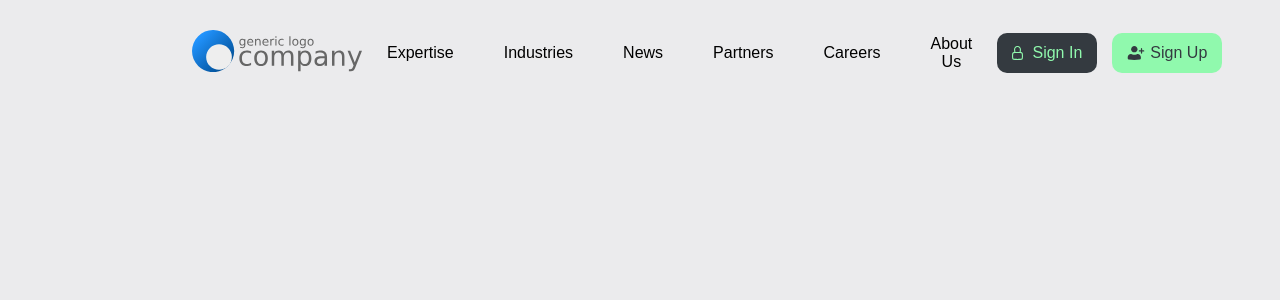
Repository: Andriy-Ma/widgetTask
Page: /
An editor plug-in stored every save of this project. The page is shown before and after the next save, followed by the edit.
The browser window is 1280 px wide. The pictures show the whole page.
Some web fonts or font styles are not loaded; a fallback is used. The project was rebuilt for these pictures with package versions that can differ from the ones it lists, and the page was loaded fresh each time.

Above is the page before, as saved 2022-08-29 17:23:28.

### public/index.html
<!DOCTYPE html>
<html lang="en">
  <head>
    <meta charset="utf-8" />
    <link rel="icon" href="%PUBLIC_URL%/favicon.ico" />
    <link rel="stylesheet" href="https://use.typekit.net/clw7fgu.css">
    <meta name="viewport" content="width=device-width, initial-scale=1" />
    <meta name="theme-color" content="#000000" />
    <meta
      name="description"
      content="Web site created using create-react-app"
    />
    <link rel="apple-touch-icon" href="%PUBLIC_URL%/logo192.png" />
    <!--
      manifest.json provides metadata used when your web app is installed on a
      user's mobile device or desktop. See https://developers.google.com/web/fundamentals/web-app-manifest/
    -->
    <link rel="manifest" href="%PUBLIC_URL%/manifest.json" />
    <!--
      Notice the use of %PUBLIC_URL% in the tags above.
      It will be replaced with the URL of the `public` folder during the build.
      Only files inside the `public` folder can be referenced from the HTML.

      Unlike "/favicon.ico" or "favicon.ico", "%PUBLIC_URL%/favicon.ico" will
      work correctly both with client-side routing and a non-root public URL.
      Learn how to configure a non-root public URL by running `npm run build`.
    -->
    <title>React App</title>
  </head>
  <body>
    <noscript>You need to enable JavaScript to run this app.</noscript>
    <div id="root"></div>
    <!--
      This HTML file is a template.
      If you open it directly in the browser, you will see an empty page.

      You can add webfonts, meta tags, or analytics to this file.
      The build step will place the bundled scripts into the <body> tag.

      To begin the development, run `npm start` or `yarn start`.
      To create a production bundle, use `npm run build` or `yarn build`.
    -->
  </body>
</html>

### src/index.css
* {
  box-sizing: border-box;
  margin: 0;
  padding: 0;
}
body {
  font-family: 'Poppins', sans-serif;
  background-color: #ebebed;
  -webkit-font-smoothing: antialiased;
  -moz-osx-font-smoothing: grayscale;
}

### src/App.js
import React from 'react';
import styles from './App.module.css';
import Header from './components/Header/header';

function App() {
  return (
    <div className={styles.container}>
      <Header/>
    </div>
  );
}

export default App;

### src/App.module.css
.container {
    display: block;
    align-items: center;
    justify-content: center;
    padding-left: 15%;
    padding-right: 15%;
}

### src/components/Header/header.jsx
import React from 'react';
import Icon from './logo-generic';
import {ReactComponent as Lock} from './lock.svg';
import {ReactComponent as SignUp} from './signup.svg';
import styles from './header.module.css';

function Header() {
  return (
    <div className={styles.header} id="myTopnav">
        <div className={styles.logo}>
          <a href="#home">
            <Icon/>
          </a>
        </div>
        <div className={styles.middleOfHeader}>
          <a href="#news">Expertise</a>
          <a href="#contact">Industries</a>
          <a href="#about">News</a>
          <a href="#news">Partners</a>
          <a href="#contact">Careers</a>
          <a href="#about">About Us</a>
        </div>
        <div className={styles.buttonsHeader}>
          <div className={styles.signin}>
            <Lock/>
            <p>Sign In</p>
          </div>
          <div className={styles.signup}>
            <SignUp/>
            <p>Sign Up</p>
          </div>
        </div>
    </div>
  )
}

export default Header;

### src/components/Header/logo-generic.jsx
import React from "react";

function Icon() {
  return (
    <svg
      xmlns="http://www.w3.org/2000/svg"
      version="1.1"
      viewBox="0 0 1425.8 353.74"
    >
      <defs>
        <linearGradient
          id="linearGradient5311"
          x1="-467.57"
          x2="-469.87"
          y1="-68.973"
          y2="488.43"
          gradientUnits="userSpaceOnUse"
        >
          <stop offset="0" stopColor="#2294fe"></stop>
          <stop offset="1" stopColor="#014f96"></stop>
        </linearGradient>
      </defs>
      <g transform="translate(364.43 8.482)">
        <g>
          <g fill="#666" transform="translate(-14.426 -21.336)">
            <path d="M145.49 192.37v19.095c-5.773-3.182-11.583-5.55-17.43-7.105a64.331 64.331 0 00-17.541-2.443c-13.248 0-23.536 4.22-30.863 12.657-7.327 8.363-10.991 20.13-10.991 35.304 0 15.172 3.663 26.977 10.991 35.415 7.327 8.363 17.615 12.545 30.863 12.545 5.92 0 11.768-.778 17.541-2.332 5.847-1.628 11.657-4.033 17.43-7.216v18.873a83.693 83.693 0 01-17.763 5.995c-6.07 1.332-12.545 1.998-19.428 1.998-18.725 0-33.601-5.884-44.629-17.652s-16.542-27.643-16.542-47.627c0-20.279 5.55-36.229 16.653-47.849 11.176-11.62 26.459-17.43 45.85-17.43 6.29 0 12.434.666 18.429 1.999a81.647 81.647 0 0117.43 5.772"></path>
            <path d="M228.98 201.92c-10.954 0-19.613 4.293-25.978 12.878-6.365 8.511-9.548 20.205-9.548 35.082 0 14.876 3.146 26.607 9.437 35.193 6.365 8.511 15.061 12.767 26.089 12.767 10.88 0 19.502-4.293 25.867-12.878 6.365-8.585 9.547-20.279 9.547-35.082 0-14.728-3.182-26.385-9.547-34.971-6.365-8.66-14.987-12.989-25.867-12.989m0-17.319c17.763 0 31.714 5.773 41.854 17.319s15.209 27.532 15.209 47.96c0 20.353-5.07 36.34-15.209 47.96-10.14 11.546-24.091 17.319-41.854 17.319-17.837 0-31.825-5.773-41.965-17.319-10.066-11.62-15.098-27.606-15.098-47.96 0-20.427 5.033-36.414 15.098-47.96 10.14-11.546 24.128-17.319 41.965-17.319"></path>
            <path d="M416.6 211.46c5.107-9.177 11.213-15.949 18.318-20.316 7.105-4.367 15.468-6.55 25.09-6.55 12.952 0 22.943 4.552 29.975 13.655 7.03 9.03 10.546 21.908 10.547 38.634v75.048h-20.538v-74.382c0-11.916-2.11-20.76-6.328-26.533-4.219-5.773-10.658-8.66-19.317-8.66-10.584 0-18.947 3.516-25.09 10.548-6.143 7.03-9.215 16.616-9.214 28.754v70.274h-20.538V237.55c0-11.99-2.11-20.834-6.328-26.533-4.22-5.773-10.732-8.66-19.54-8.66-10.435 0-18.724 3.553-24.867 10.658-6.143 7.031-9.215 16.58-9.215 28.643v70.274h-20.538v-124.34h20.538v19.317c4.663-7.623 10.251-13.248 16.764-16.875 6.513-3.626 14.247-5.44 23.203-5.44 9.03 0 16.69 2.295 22.981 6.883 6.365 4.59 11.065 11.25 14.099 19.983"></path>
            <path d="M560.7 293.28v65.945h-20.538v-171.63H560.7v18.873c4.293-7.401 9.695-12.878 16.209-16.431 6.587-3.627 14.432-5.44 23.536-5.44 15.098 0 27.347 5.995 36.747 17.985 9.473 11.99 14.21 27.755 14.21 47.294 0 19.54-4.737 35.304-14.21 47.294-9.4 11.99-21.649 17.985-36.747 17.985-9.104 0-16.949-1.776-23.536-5.329-6.513-3.626-11.916-9.14-16.209-16.542m69.497-43.408c0-15.024-3.109-26.792-9.326-35.304-6.143-8.585-14.617-12.878-25.423-12.878-10.806 0-19.317 4.293-25.534 12.878-6.143 8.512-9.214 20.28-9.214 35.304 0 15.024 3.071 26.83 9.214 35.415 6.217 8.512 14.728 12.767 25.534 12.767s19.28-4.255 25.423-12.767c6.217-8.585 9.326-20.39 9.326-35.415"></path>
            <path d="M741.77 249.43c-16.505 0-27.94 1.887-34.304 5.662-6.365 3.775-9.548 10.214-9.547 19.317 0 7.253 2.368 13.026 7.105 17.319 4.81 4.219 11.324 6.328 19.539 6.328 11.324 0 20.39-3.997 27.199-11.99 6.883-8.067 10.325-18.762 10.325-32.084v-4.552H741.77m40.744-8.437v70.94h-20.427V293.06c-4.663 7.549-10.473 13.137-17.43 16.764-6.958 3.552-15.47 5.329-25.534 5.329-12.73 0-22.87-3.553-30.42-10.658-7.475-7.18-11.212-16.764-11.212-28.754 0-13.988 4.662-24.535 13.988-31.64 9.4-7.106 23.388-10.658 41.965-10.658h28.643v-1.999c0-9.4-3.109-16.653-9.326-21.759-6.143-5.18-14.802-7.77-25.978-7.77-7.105 0-14.025.85-20.76 2.552-6.735 1.703-13.21 4.256-19.428 7.66v-18.872c7.475-2.887 14.728-5.033 21.76-6.44 7.03-1.48 13.876-2.22 20.537-2.22 17.985 0 31.418 4.663 40.3 13.988 8.88 9.326 13.321 23.462 13.321 42.41"></path>
            <path d="M928.5 236.89v75.048h-20.427v-74.382c0-11.768-2.295-20.575-6.883-26.422-4.589-5.847-11.472-8.77-20.65-8.77-11.027 0-19.723 3.515-26.088 10.547-6.365 7.03-9.548 16.616-9.548 28.754v70.274h-20.538v-124.34h20.538v19.317c4.885-7.476 10.621-13.063 17.208-16.764 6.661-3.7 14.321-5.551 22.981-5.551 14.284 0 25.09 4.44 32.417 13.322 7.327 8.807 10.991 21.797 10.991 38.967"></path>
            <path d="M1021.2 323.48c-5.773 14.802-11.398 24.461-16.875 28.976-5.477 4.515-12.804 6.772-21.981 6.772h-16.32v-17.097h11.99c5.625 0 9.992-1.332 13.1-3.996s6.55-8.956 10.325-18.873l3.664-9.326-50.291-122.34h21.648l38.856 97.252 38.856-97.252h21.648l-54.621 135.89"></path>
          </g>
          <g fill="#666" transform="translate(-416.34 -21.336)">
            <path d="M489.95 115.06c0-6.675-1.385-11.848-4.155-15.519-2.737-3.671-6.592-5.507-11.564-5.507-4.94 0-8.794 1.836-11.564 5.507-2.737 3.671-4.105 8.844-4.105 15.519 0 6.642 1.368 11.798 4.105 15.469 2.77 3.671 6.625 5.507 11.564 5.507 4.973 0 8.827-1.836 11.564-5.507 2.77-3.671 4.155-8.828 4.155-15.469m9.211 21.727c0 9.545-2.119 16.637-6.357 21.276-4.24 4.672-10.73 7.009-19.474 7.009-3.238 0-6.292-.25-9.162-.751a44.69 44.69 0 01-8.36-2.203v-8.961c2.703 1.468 5.373 2.553 8.01 3.254 2.636.7 5.323 1.051 8.06 1.051 6.04 0 10.563-1.585 13.567-4.756 3.004-3.137 4.505-7.893 4.505-14.268v-4.555c-1.902 3.304-4.338 5.774-7.309 7.409-2.97 1.635-6.524 2.453-10.663 2.453-6.875 0-12.415-2.62-16.62-7.86-4.206-5.24-6.308-12.182-6.308-20.826 0-8.677 2.102-15.636 6.307-20.876 4.206-5.24 9.746-7.86 16.621-7.86 4.139 0 7.693.818 10.663 2.454 2.97 1.635 5.407 4.105 7.31 7.409v-8.51h9.21v49.11"></path>
            <path d="M566.09 113.41v4.506h-42.352c.4 6.34 2.303 11.18 5.707 14.518 3.438 3.304 8.21 4.956 14.318 4.956 3.538 0 6.959-.434 10.263-1.302 3.337-.868 6.642-2.17 9.912-3.905v8.711a55.24 55.24 0 01-10.163 3.204 50.9 50.9 0 01-10.563 1.102c-8.944 0-16.037-2.604-21.276-7.81-5.206-5.207-7.81-12.248-7.81-21.126 0-9.178 2.47-16.454 7.41-21.827 4.973-5.407 11.664-8.11 20.075-8.11 7.542 0 13.5 2.436 17.872 7.309 4.405 4.84 6.608 11.43 6.608 19.774m-9.211-2.703c-.067-5.04-1.486-9.062-4.256-12.065-2.736-3.004-6.374-4.506-10.914-4.506-5.14 0-9.261 1.452-12.365 4.355-3.07 2.904-4.839 6.992-5.306 12.265l32.84-.05"></path>
            <path d="M627.62 109.9v33.842h-9.211v-33.541c0-5.306-1.035-9.278-3.104-11.915-2.07-2.636-5.173-3.955-9.312-3.955-4.973 0-8.894 1.585-11.765 4.756-2.87 3.17-4.305 7.493-4.305 12.966v31.689h-9.261V87.673h9.261v8.71c2.203-3.37 4.79-5.89 7.76-7.558 3.003-1.67 6.458-2.503 10.363-2.504 6.44 0 11.314 2.003 14.618 6.008 3.304 3.971 4.956 9.829 4.956 17.572"></path>
            <path d="M694.05 113.41v4.506h-42.352c.4 6.34 2.303 11.18 5.707 14.518 3.438 3.304 8.21 4.956 14.318 4.956 3.538 0 6.959-.434 10.263-1.302 3.337-.868 6.642-2.17 9.912-3.905v8.711a55.24 55.24 0 01-10.163 3.204 50.9 50.9 0 01-10.563 1.102c-8.944 0-16.037-2.604-21.276-7.81-5.206-5.207-7.81-12.248-7.81-21.126 0-9.178 2.47-16.454 7.41-21.827 4.973-5.407 11.664-8.11 20.075-8.11 7.543 0 13.5 2.436 17.872 7.309 4.405 4.84 6.608 11.43 6.608 19.774m-9.211-2.703c-.067-5.04-1.486-9.062-4.256-12.065-2.736-3.004-6.374-4.506-10.913-4.506-5.14 0-9.261 1.452-12.365 4.355-3.07 2.904-4.839 6.992-5.306 12.265l32.84-.05"></path>
            <path d="M741.46 96.286a11.624 11.624 0 00-3.404-1.302c-1.202-.3-2.537-.45-4.005-.45-5.207 0-9.212 1.702-12.015 5.106-2.77 3.371-4.155 8.227-4.155 14.568v29.537h-9.262V87.676h9.262v8.71c1.935-3.403 4.455-5.923 7.56-7.558 3.103-1.67 6.874-2.503 11.313-2.503.634 0 1.335.05 2.103.15.767.067 1.618.183 2.553.35l.05 9.462"></path>
            <path d="M751.22 87.676h9.211v56.069h-9.211V87.676m0-21.827h9.211v11.664h-9.211V65.849"></path>
            <path d="M820.01 89.828v8.61c-2.603-1.434-5.223-2.502-7.86-3.203a29.012 29.012 0 00-7.91-1.102c-5.974 0-10.613 1.903-13.917 5.707-3.304 3.772-4.956 9.078-4.956 15.92 0 6.842 1.652 12.165 4.957 15.97 3.304 3.772 7.943 5.657 13.917 5.657 2.67 0 5.306-.35 7.91-1.051 2.636-.734 5.256-1.819 7.859-3.254v8.51a37.736 37.736 0 01-8.01 2.704c-2.737.6-5.657.9-8.76.9-8.445 0-15.153-2.652-20.126-7.959-4.973-5.306-7.459-12.465-7.459-21.477 0-9.144 2.503-16.337 7.51-21.577 5.039-5.24 11.93-7.86 20.675-7.86 2.837 0 5.607.3 8.31.902a36.82 36.82 0 017.86 2.603"></path>
            <path d="M868.57 65.849h9.211v77.896h-9.211V65.849"></path>
            <path d="M918.73 94.134c-4.94 0-8.844 1.936-11.714 5.807-2.87 3.838-4.305 9.111-4.305 15.82s1.418 11.998 4.255 15.87c2.87 3.838 6.792 5.757 11.765 5.757 4.906 0 8.794-1.935 11.664-5.807 2.87-3.871 4.305-9.144 4.305-15.82 0-6.641-1.435-11.898-4.305-15.769-2.87-3.905-6.758-5.857-11.664-5.857m0-7.81c8.01 0 14.301 2.604 18.873 7.81 4.572 5.206 6.858 12.415 6.859 21.627 0 9.178-2.287 16.387-6.859 21.627-4.572 5.206-10.863 7.81-18.873 7.81-8.043 0-14.351-2.604-18.923-7.81-4.539-5.24-6.808-12.45-6.808-21.627 0-9.211 2.27-16.42 6.808-21.627 4.572-5.206 10.88-7.81 18.923-7.81"></path>
            <path d="M996.58 115.06c0-6.675-1.385-11.848-4.155-15.519-2.737-3.671-6.592-5.507-11.564-5.507-4.94 0-8.794 1.836-11.564 5.507-2.737 3.671-4.105 8.844-4.105 15.519 0 6.642 1.368 11.798 4.105 15.469 2.77 3.671 6.625 5.507 11.564 5.507 4.973 0 8.828-1.836 11.564-5.507 2.77-3.671 4.155-8.828 4.155-15.469m9.211 21.727c0 9.545-2.119 16.637-6.357 21.276-4.24 4.672-10.73 7.009-19.474 7.009-3.238 0-6.292-.25-9.162-.751a44.69 44.69 0 01-8.36-2.203v-8.961c2.703 1.468 5.373 2.553 8.01 3.254 2.636.7 5.323 1.051 8.06 1.051 6.04 0 10.563-1.585 13.567-4.756 3.003-3.137 4.505-7.893 4.505-14.268v-4.555c-1.902 3.304-4.338 5.774-7.309 7.409-2.97 1.635-6.524 2.453-10.663 2.453-6.875 0-12.415-2.62-16.62-7.86-4.206-5.24-6.308-12.182-6.308-20.826 0-8.677 2.102-15.636 6.307-20.876 4.206-5.24 9.746-7.86 16.621-7.86 4.139 0 7.693.818 10.663 2.454 2.97 1.635 5.407 4.105 7.31 7.409v-8.51h9.21v49.11"></path>
            <path d="M1046.5 94.134c-4.94 0-8.844 1.936-11.714 5.807-2.87 3.838-4.305 9.111-4.305 15.82s1.418 11.998 4.255 15.87c2.87 3.838 6.792 5.757 11.765 5.757 4.906 0 8.794-1.935 11.664-5.807 2.87-3.871 4.305-9.144 4.305-15.82 0-6.641-1.435-11.898-4.305-15.769-2.87-3.905-6.758-5.857-11.664-5.857m0-7.81c8.01 0 14.3 2.604 18.873 7.81 4.572 5.206 6.858 12.415 6.858 21.627 0 9.178-2.286 16.387-6.858 21.627-4.572 5.206-10.864 7.81-18.873 7.81-8.043 0-14.351-2.604-18.924-7.81-4.539-5.24-6.808-12.45-6.808-21.627 0-9.211 2.269-16.42 6.808-21.627 4.572-5.206 10.88-7.81 18.924-7.81"></path>
          </g>
          <g transform="rotate(-45 269.773 885.347) scale(.61927)">
            <path
              fill="url(#linearGradient5311)"
              d="M-184.26 202.82c0 157.74-127.87 285.61-285.61 285.61s-285.61-127.87-285.61-285.61S-627.61-82.79-469.87-82.79s285.61 127.87 285.61 285.61z"
              transform="translate(1202 -114.01)"
            ></path>
            <path
              fill="#eee"
              d="M-184.26 202.82c0 157.74-127.87 285.61-285.61 285.61s-285.61-127.87-285.61-285.61S-627.61-82.79-469.87-82.79s285.61 127.87 285.61 285.61z"
              transform="translate(1018.2 79.03) scale(.60887)"
            ></path>
          </g>
        </g>
      </g>
    </svg>
  );
}

export default Icon;

### src/components/Header/header.module.css
.logo {
    display: block;
    min-width: 170px;
}
.header {
    display: flex;
    justify-content: space-between;
    align-items: center;
    padding-top: 30px;
    min-width: 1000px;
}
.middleOfHeader {
    display: flex;
    justify-content: space-between;
    align-items: center;
    text-decoration: none;
}
.middleOfHeader a {
    display: block;
    color: black;
    text-align: center;
    padding: 0px 25px;
    text-decoration: none;
    font-size: 16px;

}
.buttonsHeader {
    display: flex;
    justify-content: space-between;
    align-items: center;
}
.signin {
    display: flex;
    justify-content: space-between;
    align-items: center;
    color: #90F9AD;
    background-color: #343A40;
    padding: 0px 15px;
    border-radius: 10px;
    width: 100px;
    height: 40px;
    margin-right: 15px;
}
.signup {
    display: flex;
    justify-content: space-between;
    align-items: center;
    color: #343A40;
    background-color: #90F9AD;
    padding: 0px 15px;
    border-radius: 10px;
    width: 110px;
    height: 40px;
}

Loaded but not shown: src/index.js (common file)

After the next save:
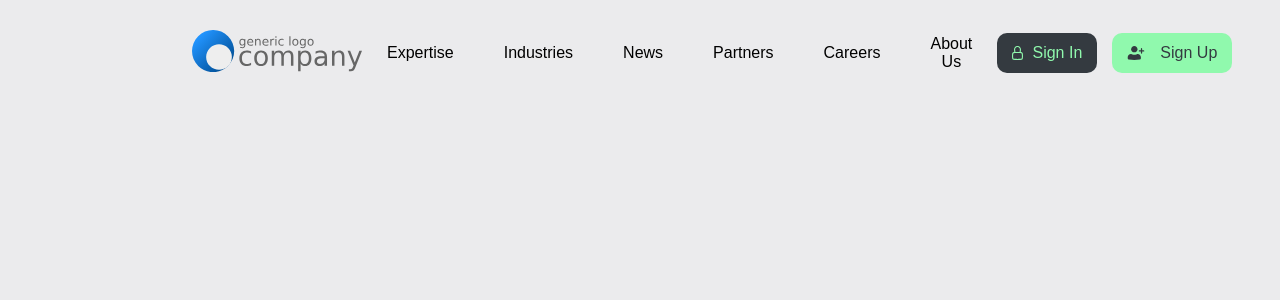
Saved 29 s later.
--- a/src/components/Header/header.module.css
+++ b/src/components/Header/header.module.css
@@ -49,6 +49,6 @@
     background-color: #90F9AD;
     padding: 0px 15px;
     border-radius: 10px;
-    width: 110px;
+    width: 120px;
     height: 40px;
 }

After the save that followed:
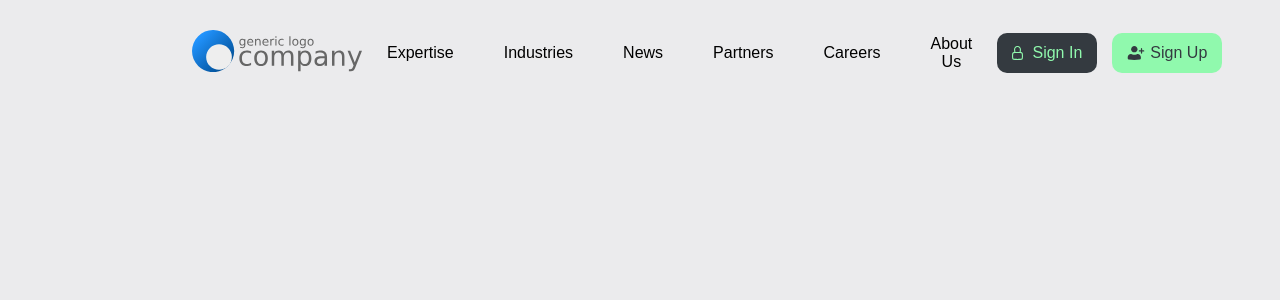
Saved 6 s later.
--- a/src/components/Header/header.module.css
+++ b/src/components/Header/header.module.css
@@ -49,6 +49,6 @@
     background-color: #90F9AD;
     padding: 0px 15px;
     border-radius: 10px;
-    width: 120px;
+    width: 110px;
     height: 40px;
 }
